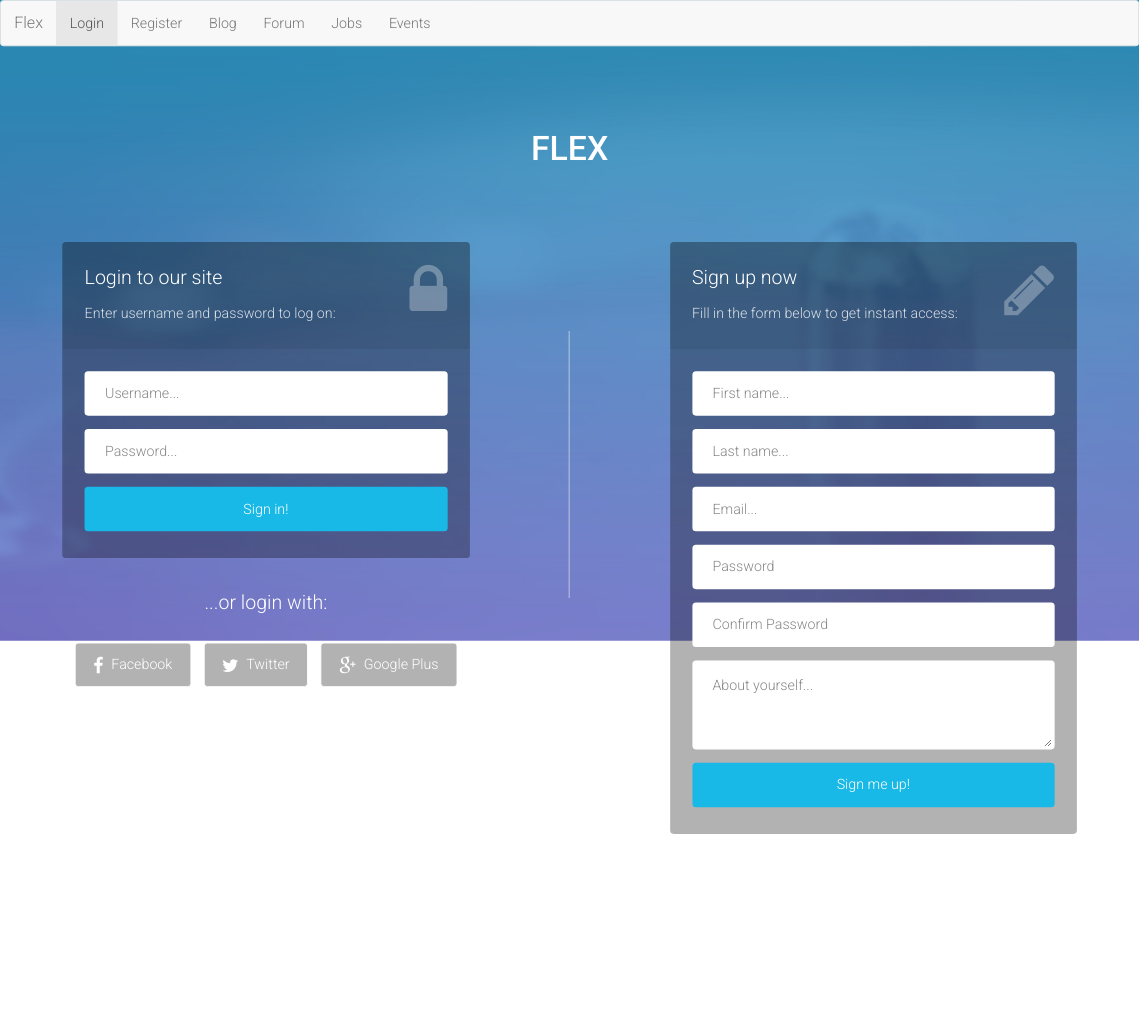
Repository: Angelamritha2012/Flex
Page: Collaboration/WebContent/index.html
An editor plug-in stored every save of this project. The page is shown before and after the next save, followed by the edit.
The browser window is 1280 px wide. The pictures show the whole page, at 89% of full size.

Above is the page before, as saved 2017-11-29 09:31:53.

After the next save:
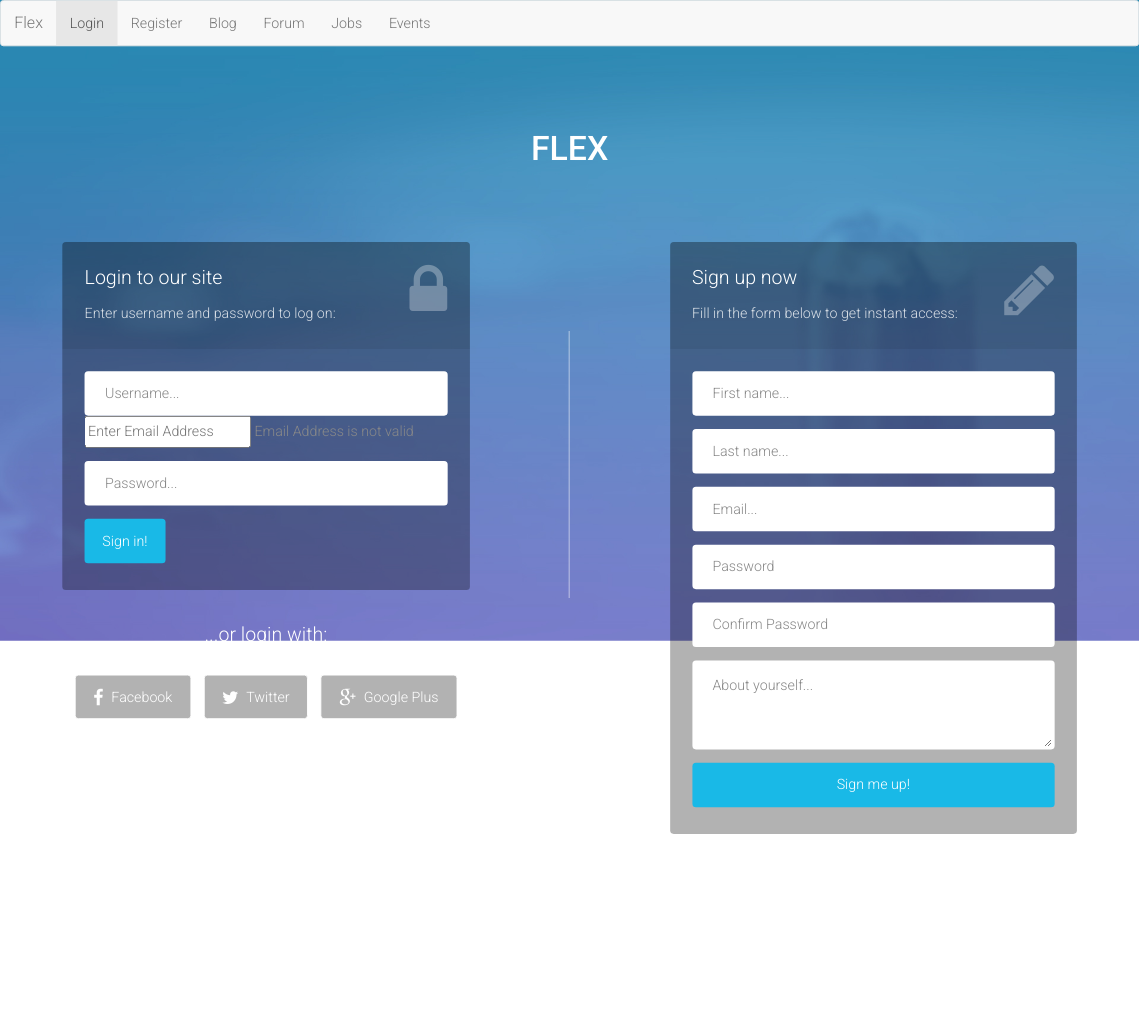
Saved 10 min 28 s later.
--- a/Collaboration/WebContent/index.html
+++ b/Collaboration/WebContent/index.html
@@ -81,7 +81,12 @@
 				                    	<div class="form-group">
 				                    		<label class="sr-only" for="form-username">Username</label>
 				                        	<input type="text" name="form-username" placeholder="Username..." class="form-username form-control" id="form-username">
+				                       <form name="frm" novalidate>
+<input type="email" ng-model="user.email" name="email" placeholder="Enter Email Address" autocomplete="off" required>
+<span ng-show="frm.email.$dirty && frm.email.$invalid">Email Address is not valid</span>
+</form>
 				                        </div>
+
 				                        <div class="form-group">
 				                        	<label class="sr-only" for="form-password">Password</label>
 				                        	<input type="password" name="form-password" placeholder="Password..." class="form-password form-control" id="form-password">

After the save that followed:
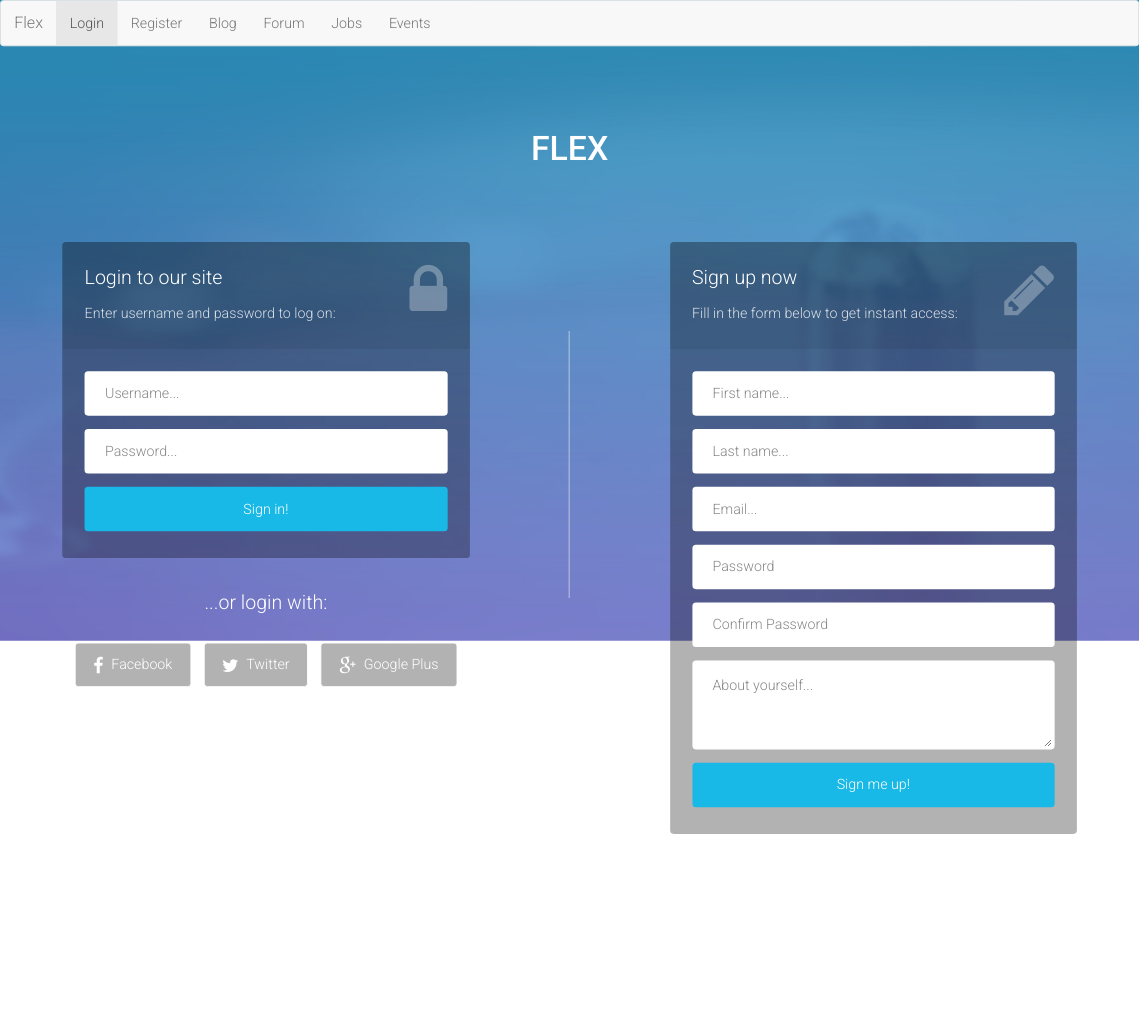
Saved 95 s later.
--- a/Collaboration/WebContent/index.html
+++ b/Collaboration/WebContent/index.html
@@ -81,10 +81,7 @@
 				                    	<div class="form-group">
 				                    		<label class="sr-only" for="form-username">Username</label>
 				                        	<input type="text" name="form-username" placeholder="Username..." class="form-username form-control" id="form-username">
-				                       <form name="frm" novalidate>
-<input type="email" ng-model="user.email" name="email" placeholder="Enter Email Address" autocomplete="off" required>
-<span ng-show="frm.email.$dirty && frm.email.$invalid">Email Address is not valid</span>
-</form>
+
 				                        </div>
 
 				                        <div class="form-group">
